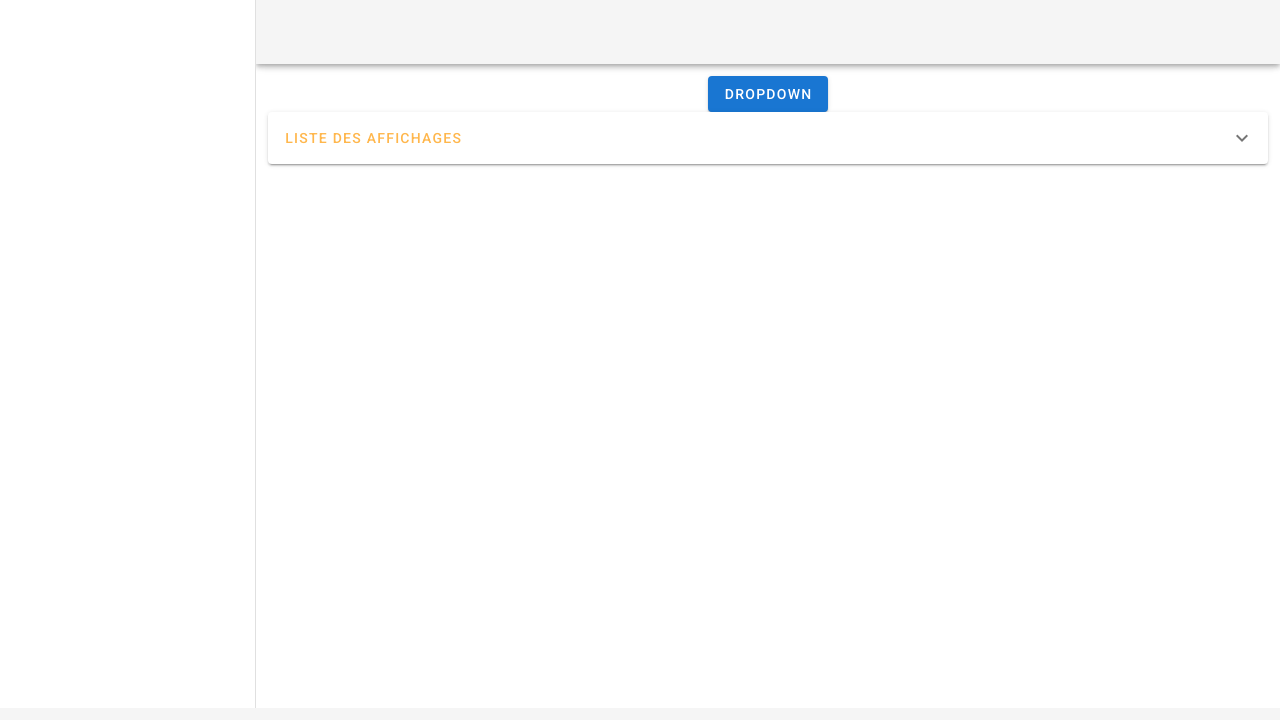
Repository: Hamagistral/BannerApp-Vue
Page: /
The author's editor kept a copy of each file at every save. The page is drawn from the files as they stood at one save, then again after a run of saves.
The browser window is 1280 px wide. The pictures show the whole page.
The project was rebuilt for these pictures with package versions that can differ from the ones it lists, and the page was loaded fresh each time. Also part of the build but not shown: vue.config.js. Imported but missing from the stored project, and not drawn on this page: src/DynamicPage.vue.

Above is the page before, as saved 2023-02-07 01:01:18.

After the next 2 saves:
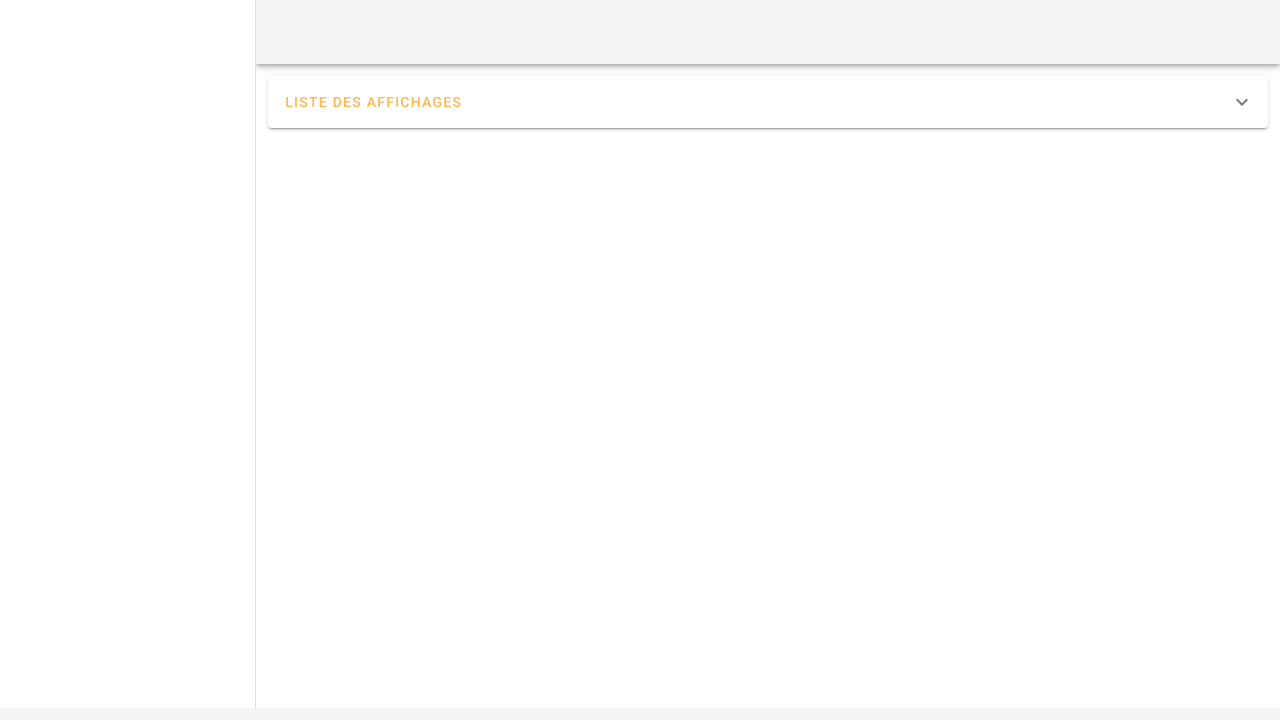
The 2 saves are shown as one change because they came seconds apart.
The last was saved 31 s later.
--- a/src/Home.vue
+++ b/src/Home.vue
@@ -1,27 +1,5 @@
 <template>
   <div class="text-center">
-    <div class="text-center">
-      <v-menu offset-y>
-        <template v-slot:activator="{ on, attrs }">
-          <v-btn
-            color="primary"
-            dark
-            v-bind="attrs"
-            v-on="on"
-          >
-            Dropdown
-          </v-btn>
-        </template>
-        <v-list>
-          <v-list-item
-            v-for="(item, index) in items"
-            :key="index"
-          >
-            <v-list-item-title>{{ item.title }}</v-list-item-title>
-          </v-list-item>
-        </v-list>
-      </v-menu>
-    </div>
     <v-dialog v-model="dialog" width="800" persistent>
       <template v-slot:activator="{ on, attrs }">
         <v-card class="mx-auto" max-width="1000">
@@ -47,7 +25,7 @@
                 dense
                 solo
               ></v-select>
-              <v-btn color="orange lighten-2" dark v-bind="attrs" v-on="on">
+              <v-btn color="red lighten-2" dark v-bind="attrs" v-on="on">
                 Nouvelle Interface
               </v-btn>
 
